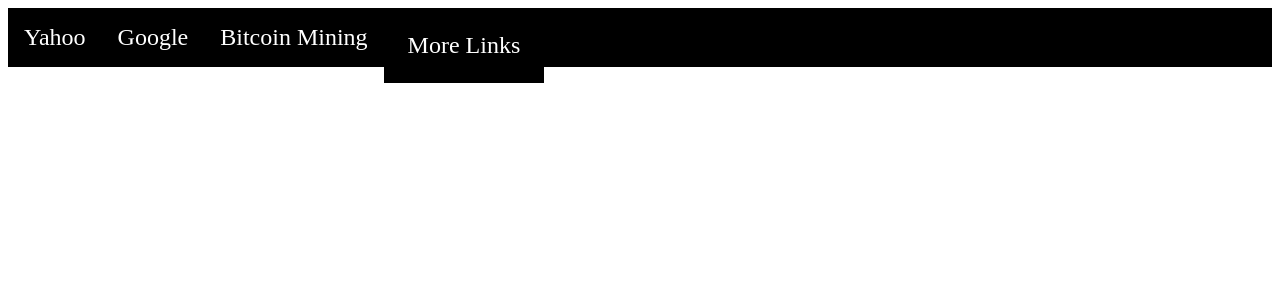
Repository: Starfishmas/Starfishmas.github.io
Page: index1.html
The author's editor kept a record of every edit. The page is drawn from the files as they stood at one moment, then again after the next edit.
The browser window is 1280 px wide. The pictures show the whole page.

Above is the page before.

After the next edit:
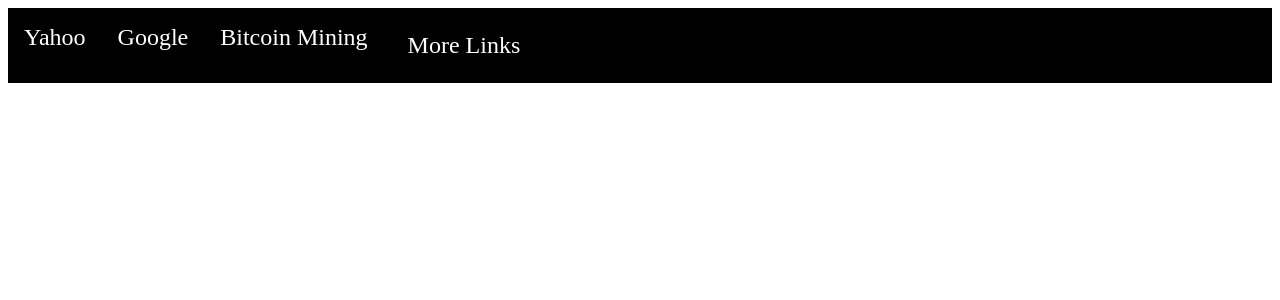
The edit:
--- a/index1.html
+++ b/index1.html
@@ -7,8 +7,7 @@
     <style>
       .navbar{
         background-color: black;
-        width: 100%;
-        height: 59px;
+        overflow:hidden;
       }
 
       .navbar a{
